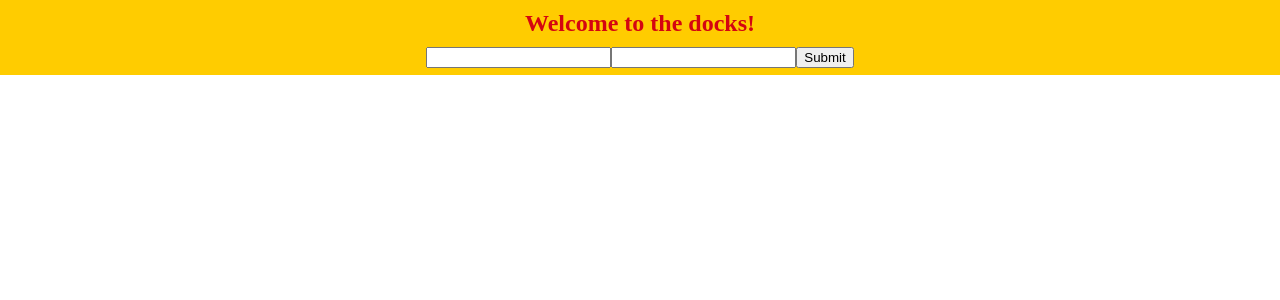
Repository: charliejp0311/java-final-proj
Page: dockWalk-frontend/index.html
These files come from the project's save history. The page is drawn as it stood at one moment and after the next save; the edit follows.
The browser window is 1280 px wide. The pictures show the whole page.
The page's requests for data from a server got no answer.

Above is the page before, as saved 2020-09-02 11:14:08.

### dockWalk-frontend/index.html
<!DOCTYPE html>
<html lang="en" dir="ltr">
    <head>
        <meta charset="utf-8">
        <link rel="stylesheet" href="style.css">
        <title>Dock Walk</title>
    </head>
    <body>
        <header>
            <h2>Welcome to the docks!</h2>
        </header>
        <main id="dock">

        </main>
    </body>
    <script type="application/javascript" src="src/index.js" charset="UTF-8"></script>
    <script type="application/javascript" src="src/user.js" charset="UTF-8"></script>
    <script type="application/javascript" src="src/dock.js" charset="UTF-8"></script>
    <script type="application/javascript" src="src/door_ranges.js" charset="UTF-8"></script>
    <script type="application/javascript" src="src/door.js" charset="UTF-8"></script>
</html>

### dockWalk-frontend/style.css
body {
    margin: 0;
    padding: 0;
}

header {
    background-color: #FFCC00;
    color: #D40511;
    text-align: center;
    margin: 0 auto;
    height: 75px;
}

header h2 {
    padding: 10px;
    margin: 0;
}

main {
    display: grid;
    grid-template-columns: 1fr;
    grid-template-rows: auto;
    grid-gap: 20px;
    padding-top: 10px;
    padding-bottom: 30px;
}

div.card {
    background-color: #eeeeee;
    height: 350px;
    width: 300px;
    box-shadow: 10px 10px grey;
    padding: 10px;
    border-radius: 10px;
}

p {
    font-size: .75em;
    color: black;
    font-family: Helvetica;
}
ul {
    padding: 20px;
}

li {
    font-size: 1.05em;
    list-style: none;
    padding-right: 20px;
    text-align: center;
}

button {
    font-size: 1em;
    color: #FFCC00;
    background-color: #D40511;
    border-radius: 10px;
    padding-bottom: 5px;
}

button.release {
    float: right;
    background-color: #E1332D;
}

@media only screen and (min-width: 500px) {
    main {
        grid-template-columns: 1fr 1fr;
    }
}

@media only screen and (min-width: 850px) {
    main {
        grid-template-columns: 1fr 1fr 1fr 1fr;
    }
}

### dockWalk-frontend/src/index.js
document.addEventListener("DOMContentLoaded", function () {
    let h = document.getElementsByTagName('header')[0]
    displayLogin();
    fetchDocks();

});

### dockWalk-frontend/src/user.js
class User{
    constructor(name,password,user_type){
        this.name = name
        this.password = password
        this.user_type = user_type
    }
}

let displayLogin = () =>{
    let head = document.getElementsByTagName('header')[0]
    let frm = document.createElement('form')
    let name = document.createElement('input')
    let pass = document.createElement('input')
    let submit = document.createElement('input')
    name.type = 'text'
    name.id = 'Name'
    frm.appendChild(name)
    // frm.innerHTML += '<br>'
    pass.type = 'password'
    pass.id = 'Password'
    frm.appendChild(pass)
    // frm.innerHTML += '<br>'
    submit.type = 'submit'
    submit.addEventListener('click',(e)=>{
        let data = e.target.parentNode.children
        submitData(data.name,data.password)
    })
    frm.appendChild(submit)
    head.appendChild(frm)

}

let submitData = (name, password) => {
    let formData = {
        name: name,
        password: password
    }
    let configObj = {
        method: "post",
        headers: {
            "Content-Type": "application/json",
            "Accept": "application/json"
        },
        body: JSON.stringify(formData)
    };


    return fetch('http://localhost:3000/users', configObj)
        .then(resp => resp.json())
        .then(json => {
            document.body.append(json.id);
        })
        .catch(function (error) {
            if (error.code = '401') {
                document.body.append('Unauthorized Access')
                alert('Unauthorized Access');
            }
        });

};

### dockWalk-frontend/src/dock.js
class Dock {
    constructor(section) {
        this.section = section;
    }
}

//making an empty array of docks to store js dock obj's in thought is to get all the objects and store them in an array
const dks = [];
//playing to see what the data looks like
const ranges = [];
///playing more
const drs = [];

let displayDocks = (docks) => {
    let d = docks.data
    let inc = docks.included
    let rngs = inc.filter(rng => rng.type === 'door_range')
    let ports = inc.filter(prt => prt.type === 'door')
    //docks
    for (const section of d) {
        dks.push(new Dock(section.attributes.section))
        let sectionsRanges = rngs.filter(rng => rng.relationships.dock.data.id === section.id)
        //ranges
        for (const range of sectionsRanges) {
            ranges.push(new Range(
                section.attributes.section,
                range.attributes.range,
                range.attributes.racks
                ))
        let prts = ports.filter(prt => prt.relationships.door_range.data.id === range.id)
            //doors
        for (const p of prts) {
            drs.push(new Door(
                p.attributes.id,
                section.attributes.section,
                range.attributes.range,
                p.attributes.racks,
                p.attributes.number,
                p.attributes.stage,
                p.attributes.serviceable,
                p.attributes.service_comments,
                p.attributes.inbound_available,
                p.attributes.inbound_present,
                p.attributes.outbound_available,
                p.attributes.outbound_present
                ))
            }
        }
        let thisDocksRanges = ranges.filter(range => range.section === section.attributes.section)
        if (thisDocksRanges) {
            dockCard(section, thisDocksRanges)
        }
    }
}

let dockCard = (sec, ranges) => {
    let body = document.getElementById('dock')
    let div = document.createElement('div')
    div.className = 'card'
    div.id = sec.id
    div.addEventListener('click', (e) => {
        if (e.target.className === 'card') {
            // debugger;
            displaySec(dks[e.target.id - 1])
        }
    })
    div.innerText = sec.attributes.section
    let ul = document.createElement('ul')
    ul.innerText = "Door Ranges"
    for (const rng of ranges) {
        let li = document.createElement('li')
        // li.addEventListener('click',rangeClick())
        if (rng.range) {
            li.innerText = rng.range
        } else {
            li.innerText = rng.attributes.range
        }
        ul.appendChild(li)
    }
    div.appendChild(ul)
    body.appendChild(div)
}



let displaySec = (section) => {
    let h2 = document.getElementsByTagName('h2')[0]
    h2.innerText = `${section.section} - Door Ranges`
    let dock = document.getElementById('dock')
    dock.innerText = ""
    let tsr = ranges.filter(rng=>rng.section===section.section)
    for (const rng of tsr) {
        let div = document.createElement('div')
        div.className = 'card'
        div.innerText = rng.range
        div.addEventListener('click',(e)=>{
            displayRange(e.target.innerText.split('\n')[0])
        })
        let ul = document.createElement('ul')
        let trd = drs.filter(dr=>dr.range === rng.range)
        for (const dr of trd) {
            let li = document.createElement('li')
            li.innerText = `${dr.number} - serviceable ~ ${dr.serviceable}`
            ul.appendChild(li)
        }
        div.appendChild(ul)
        dock.appendChild(div)
    }
}


let fetchDocks = () => {
    return fetch('http://localhost:3000/docks')
        .then(resp => resp.json())
        .then(json => displayDocks(json))
}

### dockWalk-frontend/src/door_ranges.js
class Range extends Dock {
    constructor(dock, range) {
        super(dock)
        this.range = range
    }
}

let displayRange = (range) =>{
    let h2 = document.getElementsByTagName('h2')[0]
    h2.innerText = `${range} `
    let body = document.getElementById('dock')
    body.innerHTML = ""
    let trd = drs.filter(dr=>dr.range === range)
    for (const dr of trd) {
        let div = document.createElement('div')
        div.className = 'card'
        div.innerText = dr.number
        for (const key in dr) {
            let p = document.createElement('p')
            let element = dr[key];
            switch (key) {
                case "id":
                    break;
                case "number":
                    break;
                case 's_comments':
                    if (!dr.serviceable) {
                        p.innerText = `${key} ~ ${element}`
                        div.appendChild(p)
                    }
                    break;
                default:
                    p.innerText = `${key} ~ ${element}`
                    div.appendChild(p)
                    break;
            }

        }
        div.addEventListener("click", (e)=>{ displayDoor(dr)})
        body.appendChild(div)
    }
}

### dockWalk-frontend/src/door.js
class Door extends Range {
    constructor(id, dock, range, racks, number, stage, serviceable, s_comments, inbound_available, inbound_present, outbound_available, outbound_present) {
        super(dock, range)
        this.id = id
        this.number = number
        this.racks = racks
        this.stage = stage
        this.serviceable = serviceable
        this.s_comments = s_comments
        this.inbound_present = inbound_present
        this.inbound_available = inbound_available
        this.outbound_present = outbound_present
        this.outbound_available  = outbound_available
    }
}

let displayDoor = (door)=>{
    let h2 = document.getElementsByTagName('h2')[0]
    h2.innerText = `${door.number} ~ ${door.range} ~ ${door.section}`
    let body = document.getElementById('dock')
    body.innerHTML = ""
    let div = document.createElement('div')
    div.className = 'card'
    div.innerText = door.number
    let frm = doorCard(door)
    div.appendChild(frm)
    body.appendChild(div)
    ///need to set checks here for anything that is true
    for (const key in door) {
        if (door.hasOwnProperty(key)) {
            const element = door[key];
            if (element === true) {
                document.querySelector(`#${key}`).checked = true
            }
        }
    }
}

let doorCard = (door) => {
    if (door.serviceable) {
        let form = document.createElement('form')
        let comments = document.createElement('input')
        comments.type = "text"
        form.htmlFor = door
        form.id = door.id
        for (const key in door) {
            const element = door[key];
            let checkBox = document.createElement('input')
            checkBox.type = 'checkbox'
            let lbl = document.createElement('label')
            switch (key) {
                case 'section':
                    break;
                case 'range':
                    break;
                case 'number':
                    break;
                case 's_comments':
                    if (element !== '' ) {
                        lbl.innerText = `${element}`
                        form.appendChild(lbl)
                        form.innerHTML += '<br>'
                    } else if(door.serviceable === false){
                        lbl.innerText = `${key} ~`
                        form.appendChild(lbl)
                        form.innerHTML += '<br>'
                        let comments = document.createElement('input')
                        comments.type = 'text'
                        form.appendChild(comments)
                        form.innerHTML += '<br>'
                    }
                break;
                case 'id':
                break;
                default :
                    lbl.innerText = key
                    if (element===true) {
                        checkBox.click()
                    }
                    checkBox.id = key
                    form.appendChild(lbl)
                    form.appendChild(checkBox)
                    // checkBox.checked = element

                    form.innerHTML += '<br>'
                break;
            }
        }
        let submit = document.createElement('input')
        submit.type = 'submit'
        submit.addEventListener('click', (e)=>{
            let formElmnts = e.target.parentNode.children
            debugger;
        })
        form.appendChild(submit)
        return form;
    }
}

After the next save:
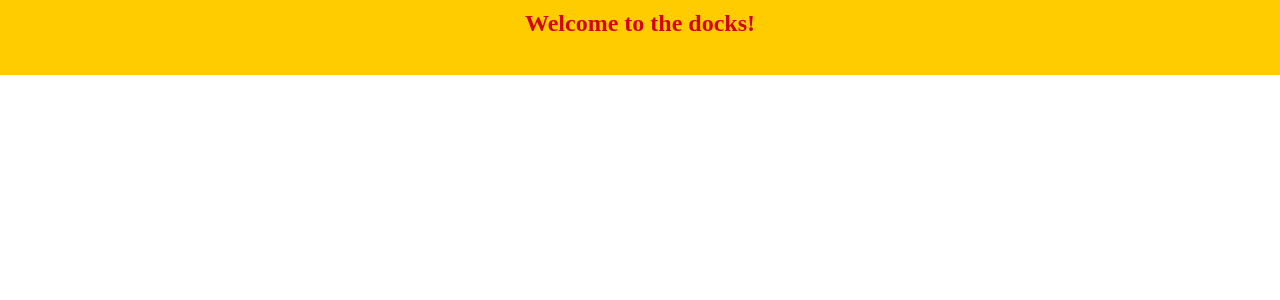
Saved 5 min 5 s later.
--- a/dockWalk-frontend/src/index.js
+++ b/dockWalk-frontend/src/index.js
@@ -1,6 +1,6 @@
 document.addEventListener("DOMContentLoaded", function () {
     let h = document.getElementsByTagName('header')[0]
-    displayLogin();
+    // displayLogin();
     fetchDocks();
 
 });
